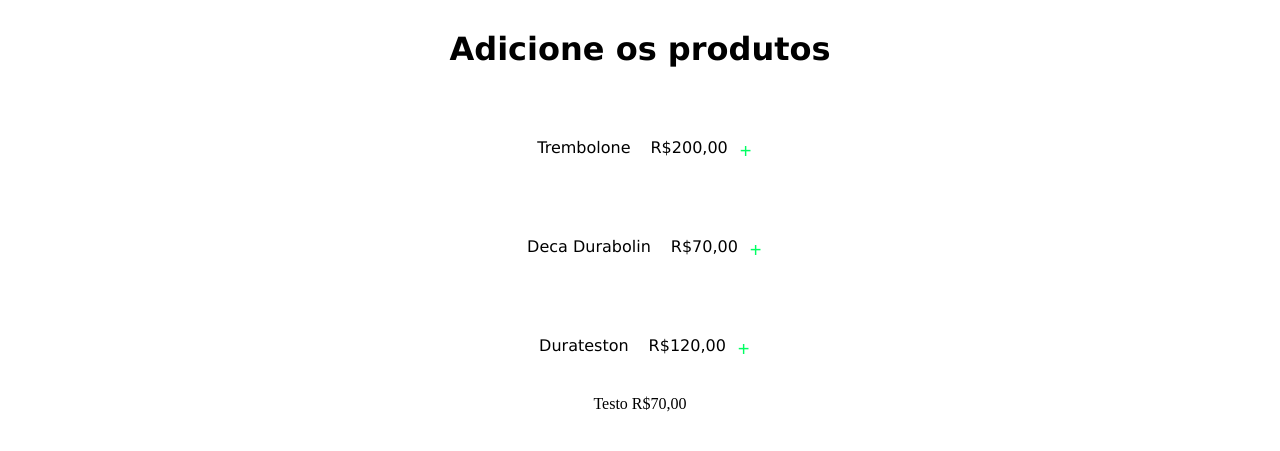
Repository: Leonngc/Lab
Page: confirm.html
These files come from the project's save history. The page is drawn as it stood at one moment and after the next save; the edit follows.
The browser window is 1280 px wide. The pictures show the whole page.
After loading, the first visible `button[onclick="addTesto()"]` was clicked once.

Above is the page before, as saved 2023-01-10 21:32:38.

After the next save:
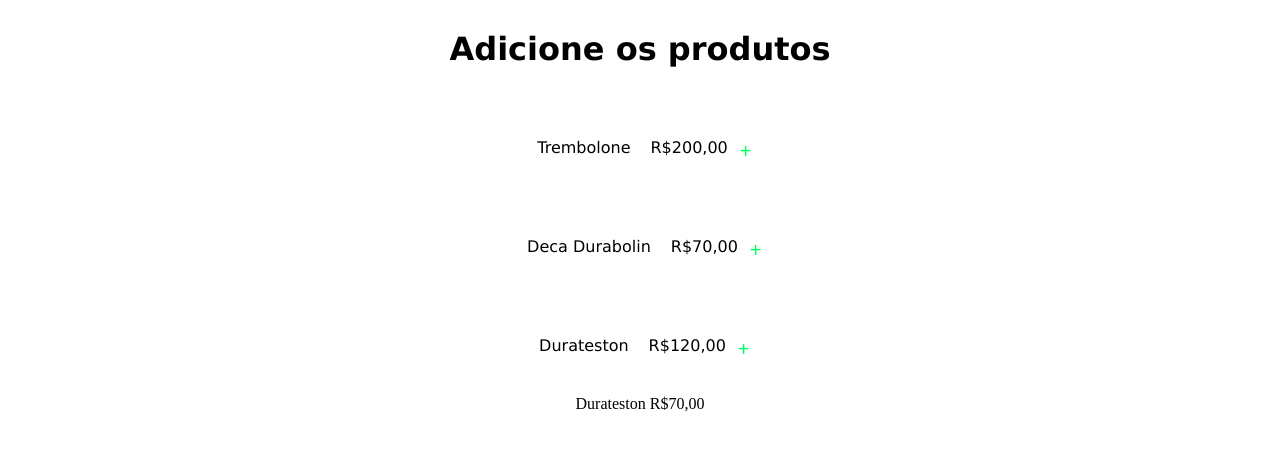
Saved 8 s later.
--- a/js/confirm.js
+++ b/js/confirm.js
@@ -25,7 +25,7 @@
 function addTesto() {
   localStorage.setItem(chaveAdd, testo);
   alert("Você adicionou Durateston ao carrinho");
-  res.innerHTML = `Testo R$70,00`
+  res.innerHTML = `Durateston R$70,00`
 }
 
 function addDeca() {
